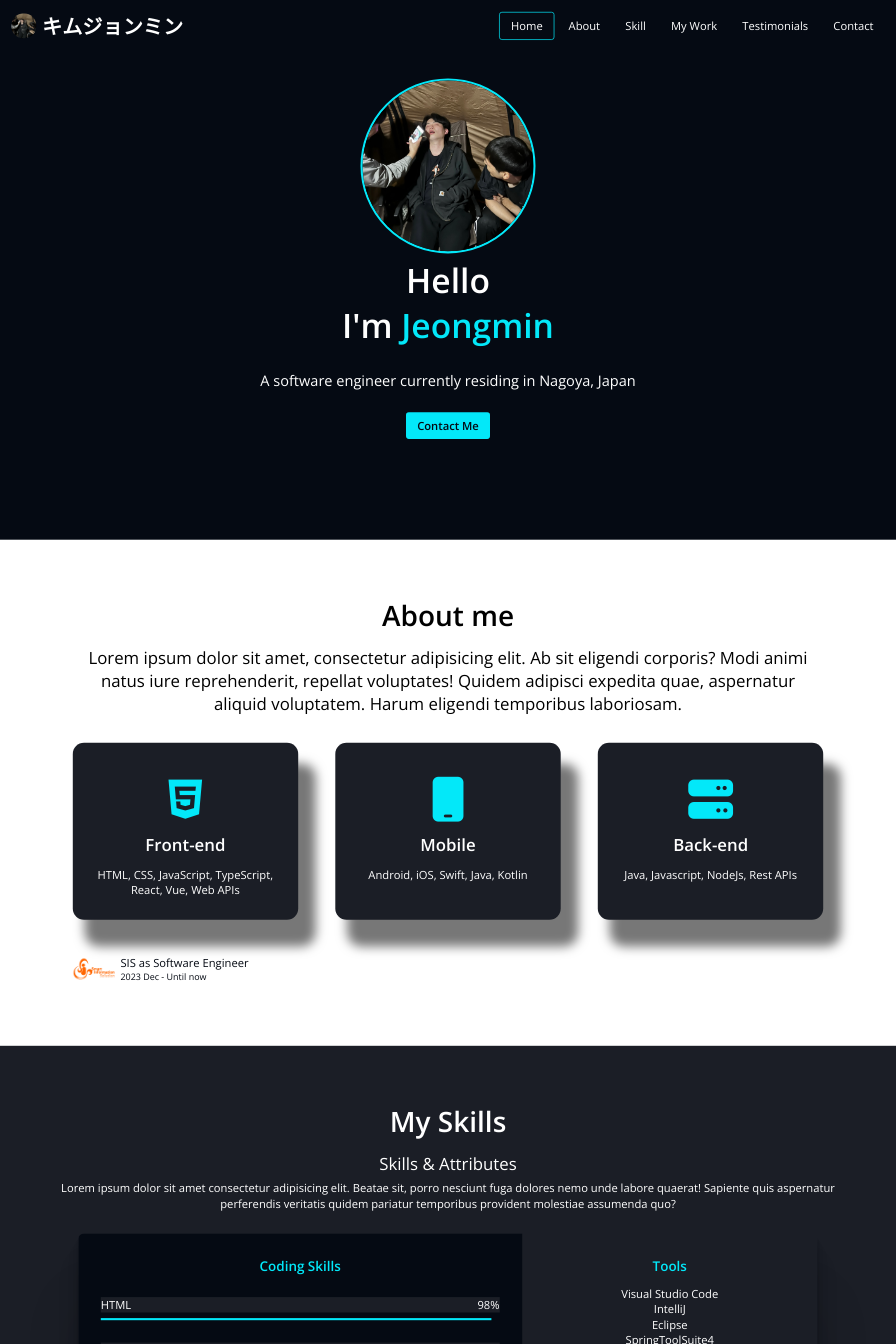
Repository: N1C0N1C0/Portfolio
Page: index.html
An editor plug-in stored every save of this project. The page is shown before and after the next save, followed by the edit.
The browser window is 1280 px wide. The pictures show the part of the page from y = 0 to 1920 px (the page is 4495 px tall), at 70% of full size.
Some web libraries are served in a nearby version.

Above is the page before, as saved 2023-12-19 01:02:47.

### index.html
<!DOCTYPE html>
<html lang="jp">
<head>
    <meta charset="UTF-8">
    <meta name="viewport" content="width=device-width, initial-scale=1.0">
    <!-- SEO -->
    <title>My&#39s Portfolio</title>
    <meta
        name="description"
        content="Portfolio for job change"
    />
    <meta
        name="author" content="KimJeongmin"
    />
    <link rel="shortcut icon" href="images/favicon.ico" type="image/x-icon">
    <!-- OG(OPEN Graph Data) -->
    <meta property="og:title" content="Portfolio"/>
    <meta property="og:type" content="website"/>
    <meta property="og:url" content="URL generated after deployment"/>
    <meta property="og:image" content="Image URL created after deployment"/>
    <!-- Google Fonts -->
    <link rel="preconnect" href="https://fonts.googleapis.com">
    <link rel="preconnect" href="https://fonts.gstatic.com" crossorigin>
    <link href="https://fonts.googleapis.com/css2?family=Noto+Sans+JP:wght@300;400;500&family=Open+Sans:wght@400;600&display=swap" rel="stylesheet">
    <!-- Font Awesome -->
    <script src="https://kit.fontawesome.com/04742e9fab.js" crossorigin="anonymous"></script>
    <!-- CSS -->
    <link rel="stylesheet" href="css/style.css">
    <!-- Javascript -->
    <script src="src/main.js" defer></script>
</head>
<body>
    <!-- Header -->
    <header class="header">
        <div class="header__logo">
            <img class="header__logo__img" src="images/favicon.ico" alt="logo" />
            <h1 class="header__logo__title"><a href="#">キムジョンミン</a></h1>
        </div>
        <nav class="header__nav">
            <ul class="header__menu">
                <li><a class="header__menu__item active" href="#home">Home</a></li>
                <li><a class="header__menu__item" href="#about">About</a></li>
                <li><a class="header__menu__item" href="#skills">Skill</a></li>
                <li><a class="header__menu__item" href="#work">My Work</a></li>
                <li><a class="header__menu__item" href="#testimonials">Testimonials</a></li>
                <li><a class="header__menu__item" href="#contact">Contact</a></li>
            </ul>
        </nav>
    </header>
    <!-- Main -->
    <main>
        <!-- Home -->
        <section id="home">
            <div class="home__container">
                <img class="home__avatar" src="images/profile.JPG" alt="profile">
                <h2 class="home__title">Hello<br/> I&#39;m <strong class="home__title--strong">Jeongmin</strong></h2>
                <p class="home__description">A software engineer currently residing in Nagoya, Japan</p>
                <a class="home__contact" href="#contact">Contact Me</a>
            </div>
        </section>
        <!-- About -->
        <section id="about" class="section max-container">
            <h2 class="title">About me</h2>
            <p class="description">
                Lorem ipsum dolor sit amet, consectetur adipisicing elit. Ab sit eligendi corporis? Modi animi natus iure reprehenderit, repellat voluptates! Quidem adipisci expedita quae, aspernatur aliquid voluptatem. Harum eligendi temporibus laboriosam.
            </p>
            <ul class="majors">
                <li class="major">
                    <i class="fa-brands fa-html5 major__icon"></i>
                    <p class="major__title">Front-end</p>
                    <p>HTML, CSS, JavaScript, TypeScript, React, Vue, Web APIs</p>
                </li>
                <li class="major">
                    <i class="fa-solid fa-mobile major__icon"></i>
                    <p class="major__title">Mobile</p>
                    <p>Android, iOS, Swift, Java, Kotlin</p>
                </li>
                <li class="major">
                    <i class="fa-solid fa-server major__icon"></i>
                    <p class="major__title">Back-end</p>
                    <p>Java, Javascript, NodeJs, Rest APIs</p>
                </li>
            </ul>
            <ul class="jobs">
                <li class="job">
                    <img class="job__img" src="images/sis_image.png" alt="株式 SIS">
                    <div>
                        <p class="job__name">SIS as Software Engineer</p>
                        <p class="job__period">2023 Dec - Until now</p>
                    </div>
                </li>
            </ul>
        </section>
        <!-- Skills -->
        <section id="skills" class="section">
            <div class="max-container">
                <h2 class="title">My Skills</h2>
            <p class="description">Skills & Attributes</p>
            <p>
                Lorem ipsum dolor sit amet consectetur adipisicing elit. Beatae sit, porro nesciunt fuga dolores nemo unde labore quaerat! Sapiente quis aspernatur perferendis veritatis quidem     pariatur temporibus provident molestiae assumenda quo?
            </p>
            <div class="skills">
                <section class="skills__coding">
                    <h3 class="skills__title">Coding Skills</h3>
                    <ul>
                        <li class="bar">
                            <div class="bar__metadata"><span>HTML</span><span>98%</span></div>
                            <div class="bar__bg"><div class="bar__value" style="width: 98%"></div></div>
                        </li>
                        <li class="bar">
                            <div class="bar__metadata"><span>CSS</span><span>98%</span></div>
                            <div class="bar__bg"><div class="bar__value" style="width: 98%"></div></div>
                        </li>
                        <li class="bar">
                            <div class="bar__metadata"><span>JavaScript</span><span>98%</span></div><div class="bar__bg">
                            <div class="bar__value" style="width: 98%"></div></div>
                        </li>
                        <li class="bar">
                            <div class="bar__metadata"><span>TypeScript</span><span>98%</span></div>
                            <div class="bar__bg"><div class="bar__value" style="width: 98%"></div></div>
                        </li>
                        <li class="bar">
                            <div class="bar__metadata"><span>React</span><span>98%</span></div>
                            <div class="bar__bg"><div class="bar__value" style="width: 98%"></div></div>
                        </li>
                        <li class="bar">
                            <div class="bar__metadata"><span>Java</span><span>68%</span></div>
                            <div class="bar__bg"><div class="bar__value" style="width: 68%"></div></div>
                        </li>
                    </ul>
                </section>
                <section class="skills__tools">
                    <h3 class="skills__title">Tools</h3>
                    <ul>
                        <li>Visual Studio Code</li>
                        <li>IntelliJ</li>
                        <li>Eclipse</li>
                        <li>SpringToolSuite4</li>
                    </ul>
                </section>
                <section class="skills__etc">
                    <h3 class="skills__title">Etc</h3>
                    <ul>
                        <li>Git</li>
                        <li>Post Man</li>
                        <li>Math</li>
                    </ul>
                </section>
            </div>
            </div>
        </section>
        <!-- Work -->
        <section id="work" class="section">
            <div class="max-container">
                <h2 class="title">My work</h2>
            <p class="description">Projects</p>
            <ul class="categories">
                <li><button class="category category--selected">All <span class="category__count">8</span></button></li>
                <li><button class="category">Front-end <span class="category__count">3</span></button></li>
                <li><button class="category">back-end <span class="category__count">3</span></button></li>
                <li><button class="category">Mobile <span class="category__count">2</span></button></li>
            </ul>
            <ul class="projects">
                <li class="project"><a href="#" target="_blank">
                    <img src="images/ncs_image.gif" alt="profile1" class="project__img">
                    <div class="project__metadata">
                        <h3 class="project__metadata__title">Project #1</h3>
                        <p>Clone Coding with HTML, CSS</p>
                    </div>
                </a></li>
                <li class="project"><a href="#" target="_blank">
                    <img src="images/ncs_image.gif" alt="profile2" class="project__img">
                    <div class="project__metadata">
                        <h3 class="project__metadata__title">Project #2</h3>
                        <p>Clone Coding with HTML, CSS</p>
                    </div>
                </a></li>
                <li class="project"><a href="#" target="_blank">
                    <img src="images/ncs_image.gif" alt="profile3" class="project__img">
                    <div class="project__metadata">
                        <h3 class="project__metadata__title">Project #3</h3>
                        <p>Clone Coding with HTML, CSS</p>
                    </div>
                </a></li>
                <li class="project"><a href="#" target="_blank">
                    <img src="images/ncs_image.gif" alt="profile4" class="project__img">
                    <div class="project__metadata">
                        <h3 class="project__metadata__title">Project #4</h3>
                        <p>Clone Coding with HTML, CSS</p>
                    </div>
                </a></li>
                <li class="project"><a href="#" target="_blank">
                    <img src="images/ncs_image.gif" alt="profile5" class="project__img">
                    <div class="project__metadata">
                        <h3 class="project__metadata__title">Project #5</h3>
                        <p>Clone Coding with HTML, CSS</p>
                    </div>
                </a></li>
                <li class="project"><a href="#" target="_blank">
                    <img src="images/ncs_image.gif" alt="profile6" class="project__img">
                    <div class="project__metadata">
                        <h3 class="project__metadata__title">Project #6</h3>
                        <p>Clone Coding with HTML, CSS</p>
                    </div>
                </a></li>
                <li class="project"><a href="#" target="_blank">
                    <img src="images/ncs_image.gif" alt="profile7" class="project__img">
                    <div class="project__metadata">
                        <h3 class="project__metadata__title">Project #7</h3>
                        <p>Clone Coding with HTML, CSS</p>
                    </div>
                </a></li>
                <li class="project"><a href="#" target="_blank">
                    <img src="images/ncs_image.gif" alt="profile8" class="project__img">
                    <div class="project__metadata">
                        <h3 class="project__metadata__title">Project #8</h3>
                        <p>Clone Coding with HTML, CSS</p>
                    </div>
                </a></li>
            </ul>
            </div>
        </section>
        <!-- Testimonials -->
        <section id="testimonials" class="section max-container">
            <h2 class="title">Testimonial</h2>
            <p class="description">See what they say about me</p>
            <ul class="testimonials">
                <li class="testimonial">
                    <img src="images/favicon.ico" alt="" class="testimonial__img">
                    <div class="testimonial__bubble">
                        <p>Lorem ipsum dolor sit amet, consectetur adipisicing elit. Nesciunt modi iusto veniam commodi reiciendis ullam optio, delectus cum pariatur ea magnam accusamus dolor sequi praesentium aliquid laudantium non quae eligendi.</p>
                        <p><a href="#" class="testimonial__bubble__name">James Kim</a> / Google</p>
                    </div>
                </li>
                <li class="testimonial">
                    <img src="images/favicon.ico" alt="" class="testimonial__img">
                    <div class="testimonial__bubble">
                        <p>Lorem ipsum dolor sit amet, consectetur adipisicing elit. Nesciunt modi iusto veniam commodi reiciendis ullam optio, delectus cum pariatur ea magnam accusamus dolor sequi praesentium aliquid laudantium non quae eligendi.</p>
                        <p><a href="#" class="testimonial__bubble__name">James Kim</a> / Google</p>
                    </div>
                </li>
                <li class="testimonial">
                    <img src="images/favicon.ico" alt="" class="testimonial__img">
                    <div class="testimonial__bubble">
                        <p>Lorem ipsum dolor sit amet, consectetur adipisicing elit. Nesciunt modi iusto veniam commodi reiciendis ullam optio, delectus cum pariatur ea magnam accusamus dolor sequi praesentium aliquid laudantium non quae eligendi.</p>
                        <p><a href="#" class="testimonial__bubble__name">James Kim</a> / Google</p>
                    </div>
                </li>
            </ul>
        </section>
        <!-- Arrow up -->
        <aside>
            <div class="arrow__container">
                <a class="arrow-up"  href="#home" title="back to top">
                    <i class="fa-solid fa-arrow-up"></i>
                </a>
            </div>
        </aside>
    </main>
    <!-- Footer -->
    <footer id="contact" class="section">
        <div class="max-container">
            <h2 class="title">Let&#39;s talk</h2>
        <p class="description">dothd8775@gmail.com</p>
        <ul class="contact__links">
            <li>
                <a class="contact__link" href="https//github.com/" target="_blank" title="my github link">
                    <i class="fa-brands fa-github"></i>
                </a>
            </li>
            <li>
                <a class="contact__link" href="https//github.com/" target="_blank" title="my kinkedin link">
                    <i class="fa-brands fa-linkedin"></i>
                </a>
            </li>
        </ul>
        <p>©️kimujeongmin</p>
        </div>
    </footer>
</body>
</html>

Loaded but not shown: src/main.js (34 lines, source omitted); css/style.css (543 lines, source omitted)

After the next save:
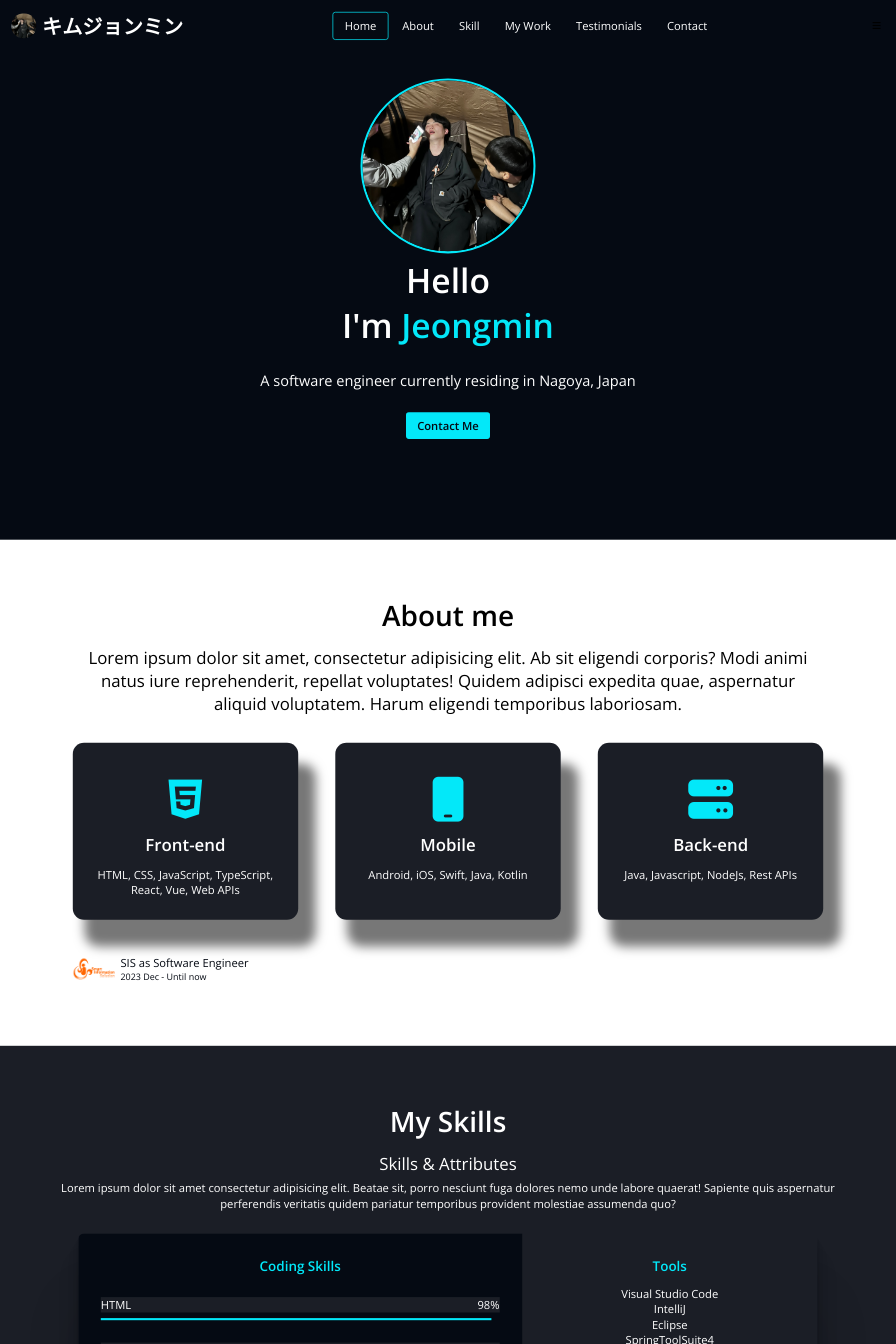
Saved 19 h 18 min later.
--- a/index.html
+++ b/index.html
@@ -46,6 +46,9 @@
                 <li><a class="header__menu__item" href="#contact">Contact</a></li>
             </ul>
         </nav>
+        <button class="header__toggle">
+            <i class="fa-solid fa-bars"></i>
+        </button>
     </header>
     <!-- Main -->
     <main>
